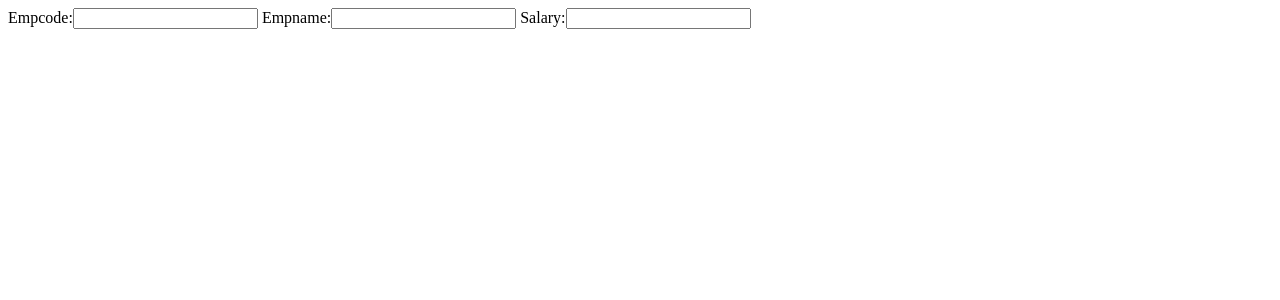
Repository: suma94/MyProjects
Page: http://localhost/ServletDemo/CreateEmployee.jsp
An editor plug-in stored every save of this project. The page is shown before and after the next save, followed by the edit.
The browser window is 1280 px wide. The pictures show the whole page.
The page is served by Tomcat 9.

Above is the page before, as saved 2015-08-11 06:08:23.

After the next save:
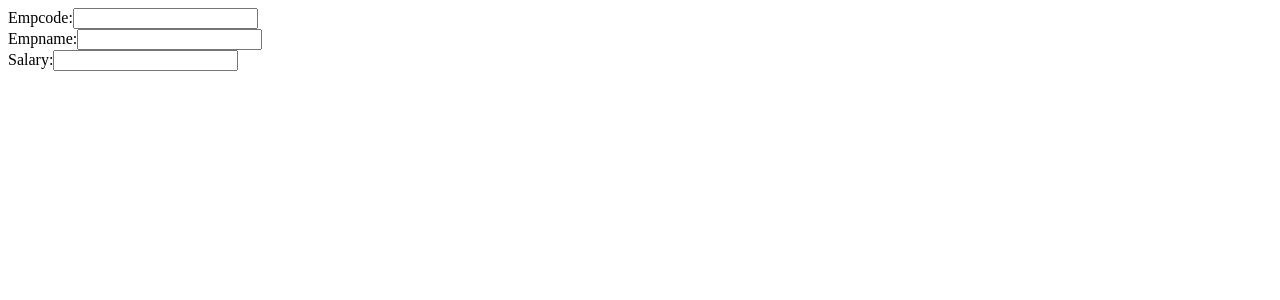
Saved 61 s later.
--- a/ServletDemo/WebContent/CreateEmployee.jsp
+++ b/ServletDemo/WebContent/CreateEmployee.jsp
@@ -8,9 +8,9 @@
 </head>
 <body>
 	<form action="AddEmployee">
-	Empcode:<input type="text" name="empcode">
-	Empname:<input type="text" name="empname">
-	Salary:<input type="text" name="salary">
+	Empcode:<input type="text" name="empcode"><br>
+	Empname:<input type="text" name="empname"><br>
+	Salary:<input type="text" name="salary"><br>
 
 	</form>
 </body>
